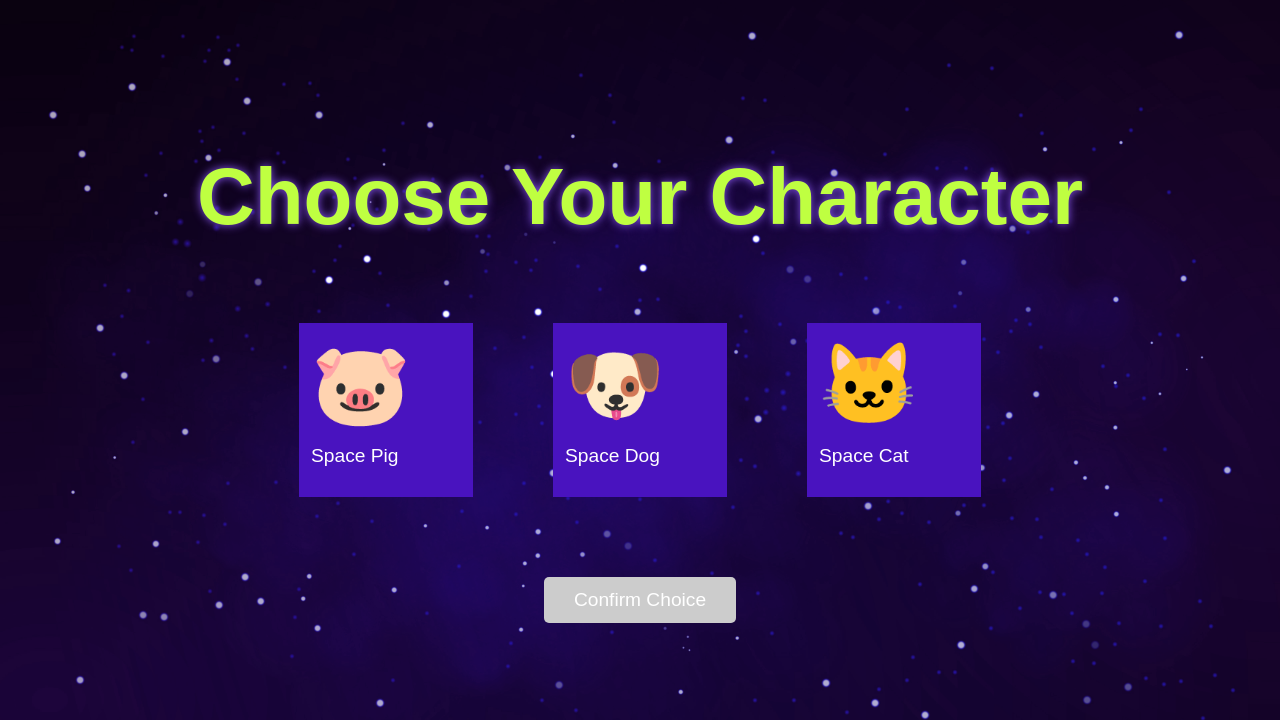
Repository: brunaguarizo/SpaceFarm
Page: index.html
The author's editor kept a copy of each file at every save. The page is drawn from the files as they stood at one save, then again after the next save.
The browser window is 1280 px wide. The pictures show the whole page.
Some web fonts or font styles are not loaded; a fallback is used.

Above is the page before, as saved 2025-04-24 11:18:33.

### index.html
<!DOCTYPE html>
<html lang="en">
    <head>
        <meta charset="UTF-8" />
        <meta
            name="viewport"
            content="width=device-width, initial-scale=1.0" />
        <title>Space Animals Game</title>
        <link
            rel="stylesheet"
            href="styles.css" />

        <link
            rel="preconnect"
            href="https://fonts.googleapis.com" />
        <link
            rel="preconnect"
            href="https://fonts.gstatic.com"
            crossorigin />
        <link
            href="https://fonts.googleapis.com/css2?family=Ranchers&display=swap"
            rel="stylesheet" />
    </head>
    <body>
        <div id="game-container">
            <!-- Character Selection Screen -->
            <div id="character-select">
                <h1>Choose Your Character</h1>
                <div class="character-options">
                    <div
                        class="character-option"
                        data-character="pig">
                        <div class="character-icon">🐷</div>
                        <div class="character-label">Space Pig</div>
                    </div>
                    <div
                        class="character-option"
                        data-character="dog">
                        <div class="character-icon">🐶</div>
                        <div class="character-label">Space Dog</div>
                    </div>
                    <div
                        class="character-option"
                        data-character="cat">
                        <div class="character-icon">🐱</div>
                        <div class="character-label">Space Cat</div>
                    </div>
                </div>
                <button
                    id="confirm-btn"
                    disabled>
                    Confirm Choice
                </button>
            </div>

            <!-- Game Screen -->
            <div id="game-screen">
                <div id="player"></div>
                <div id="score-container">
                    <div id="score">Score: 0</div>
                    <button id="pause-btn">Pause</button>
                </div>
            </div>

            <!-- Pause Screen -->
            <div id="pause-screen">
                <h2>Game Paused</h2>
                <button id="resume-btn">Resume</button>
            </div>

            <!-- Game Over Screen -->
            <div id="game-over">
                <h2>Game Over</h2>
                <div id="final-score">Score: 0</div>
                <button id="restart-btn">Play Again</button>
            </div>
        </div>

        <script src="script.js"></script>
    </body>
</html>

### styles.css
body {
    margin: 0;
    padding: 0;
    overflow: hidden;
    font-family: var(--font-family);
    background-color: var(--mid-green);
}

#game-container {
    position: relative;
    width: 100vw;
    height: 100vh;
    background-image: url("img/space-bg.jpg");
    background-size: cover;
    overflow: hidden;
}

/* Character Selection Screen */
#character-select {
    position: absolute;
    width: 100%;
    height: 100%;
    display: flex;
    flex-direction: column;
    justify-content: center;
    align-items: center;
    z-index: 10;
}

#character-select h1 {
    color: var(--light-green);
    font-size: var(--header);
    margin-bottom: var(--space-extra-large);
    text-shadow: 0 0 10px var(--mid-purple);
}

.character-options {
    display: flex;
    gap: var(--space-extra-large);
    margin-bottom: var(--space-extra-large);
}

.character-option {
    width: 150px;
    height: 150px;
    background-color: var(--dark-purple);
    border-radius: var(--space-small)
    display: flex;
    flex-direction: column;
    align-items: center;
    justify-content: center;
    cursor: pointer;
    transition: transform 0.3s, box-shadow 0.3s;
    padding: 10px;
    border: 2px solid transparent;
}

.character-option:hover {
    transform: scale(1.05);
    box-shadow: 0 0 15px rgba(255, 255, 255, 0.5);
}

.character-option.selected {
    border-color: #ff9900;
    box-shadow: 0 0 20px #ff9900;
}

.character-icon {
    width: 100px;
    height: 100px;
    font-size: 80px;
    display: flex;
    justify-content: center;
    align-items: center;
}

.character-label {
    color: white;
    font-size: 1.2rem;
    margin-top: 10px;
}

#confirm-btn {
    padding: 12px 30px;
    background-color: #4caf50;
    color: white;
    border: none;
    border-radius: 5px;
    font-size: 1.2rem;
    cursor: pointer;
    transition: background-color 0.3s;
}

#confirm-btn:hover {
    background-color: #45a049;
}

#confirm-btn:disabled {
    background-color: #cccccc;
    cursor: not-allowed;
}

/* Game Screen */
#game-screen {
    display: none;
    position: absolute;
    width: 100%;
    height: 100%;
}

#player {
    position: absolute;
    width: 60px;
    height: 60px;
    left: 100px;
    top: 50%;
    transform: translateY(-50%);
    font-size: 50px;
    line-height: 1;
    z-index: 5;
}

.asteroid {
    position: absolute;
    font-size: 30px;
    color: #aaa;
}

#score-container {
    position: absolute;
    top: 20px;
    right: 20px;
    display: flex;
    align-items: center;
    gap: 20px;
    z-index: 5;
}

#score {
    color: white;
    font-size: 24px;
    font-weight: bold;
    background-color: rgba(0, 0, 0, 0.5);
    padding: 10px 20px;
    border-radius: 10px;
}

#pause-btn {
    background-color: rgba(0, 0, 0, 0.5);
    color: white;
    border: none;
    border-radius: 5px;
    font-size: 18px;
    padding: 10px 15px;
    cursor: pointer;
    transition: background-color 0.3s;
}

#pause-btn:hover {
    background-color: rgba(0, 0, 0, 0.7);
}

/* Game Over Screen */
#game-over {
    display: none;
    position: absolute;
    top: 0;
    left: 0;
    width: 100%;
    height: 100%;
    background-color: rgba(0, 0, 0, 0.8);
    z-index: 15;
    flex-direction: column;
    justify-content: center;
    align-items: center;
}

#game-over h2 {
    color: #ff3333;
    font-size: 3.5rem;
    margin-bottom: 1rem;
    text-shadow: 0 0 10px rgba(255, 0, 0, 0.5);
}

#final-score {
    color: white;
    font-size: 2rem;
    margin-bottom: 2rem;
}

#restart-btn {
    padding: 12px 30px;
    background-color: #3366ff;
    color: white;
    border: none;
    border-radius: 5px;
    font-size: 1.2rem;
    cursor: pointer;
    transition: background-color 0.3s;
}

#restart-btn:hover {
    background-color: #2952cc;
}

/* Utility Classes */
.invisible {
    opacity: 0;
}

/* Pause Screen */
#pause-screen {
    display: none;
    position: absolute;
    top: 0;
    left: 0;
    width: 100%;
    height: 100%;
    background-color: rgba(0, 0, 0, 0.7);
    z-index: 12;
    flex-direction: column;
    justify-content: center;
    align-items: center;
    color: white;
}

#pause-screen h2 {
    font-size: 3rem;
    margin-bottom: 2rem;
}

#resume-btn {
    padding: 12px 30px;
    background-color: #4caf50;
    color: white;
    border: none;
    border-radius: 5px;
    font-size: 1.2rem;
    cursor: pointer;
    transition: background-color 0.3s;
}

#resume-btn:hover {
    background-color: #45a049;
}

/* --------------------------- variables  --------------------------- */
:root {
    --font-family: "Ranchers", sans-serif;
    --header: 80px;
    --text: 16px;

    --light-green: #bfff41;
    --mid-green: #a3de1a;
    --dark-green: #46b800;
    --light-pink: #ffc2ec;
    --mid-pink: #f0429c;
    --dark-pink: #910b64;
    --light-purple: #dcccff;
    --mid-purple: #8655ef;
    --dark-purple: #4913bf;

    --space-extra-small: 4px;
    --space-small: 8px;
    --space-regukar: 16px;
    --space-medium: 32px;
    --space-large: 48px;
    --space-extra-large: 80px;
}

### script.js
// Game variables
let selectedCharacter = "";
let score = 0;
let playerElement;
let gameRunning = false;
let isPaused = false;
let playerY;
let asteroids = [];
let gameLoopInterval;
let asteroidInterval;
let gameHeight;
let gameWidth;

// Character emoji mapping
const characterEmojis = {
    pig: "🐷",
    dog: "🐶",
    cat: "🐱",
};

// Asteroid options
const asteroidOptions = ["🌑", "☄️", "🪨", "💫"];

// DOM elements
const characterOptions = document.querySelectorAll(".character-option");
const confirmBtn = document.getElementById("confirm-btn");
const characterSelectScreen = document.getElementById("character-select");
const gameScreen = document.getElementById("game-screen");
const pauseBtn = document.getElementById("pause-btn");
const pauseScreen = document.getElementById("pause-screen");
const resumeBtn = document.getElementById("resume-btn");
const gameOverScreen = document.getElementById("game-over");
const finalScoreDisplay = document.getElementById("final-score");
const restartBtn = document.getElementById("restart-btn");
const scoreDisplay = document.getElementById("score");

// Initialize the game
function init() {
    // Character selection event listeners
    characterOptions.forEach((option) => {
        option.addEventListener("click", () => {
            // Remove selected class from all options
            characterOptions.forEach((opt) => opt.classList.remove("selected"));
            // Add selected class to clicked option
            option.classList.add("selected");
            // Store selected character
            selectedCharacter = option.dataset.character;
            // Enable confirm button
            confirmBtn.disabled = false;
        });
    });

    // Confirm button event listener
    confirmBtn.addEventListener("click", startGame);

    // Pause button event listener
    pauseBtn.addEventListener("click", togglePause);

    // Resume button event listener
    resumeBtn.addEventListener("click", togglePause);

    // Restart button event listener
    restartBtn.addEventListener("click", restartGame);

    // Keyboard event listeners
    document.addEventListener("keydown", handleKeyPress);
}

// Start the game
function startGame() {
    // Hide character selection screen
    characterSelectScreen.style.display = "none";
    // Show game screen
    gameScreen.style.display = "block";

    // Set up player
    playerElement = document.getElementById("player");
    playerElement.innerHTML = characterEmojis[selectedCharacter];

    // Initialize variables
    gameHeight = window.innerHeight;
    gameWidth = window.innerWidth;
    score = 0;
    updateScore();
    playerY = gameHeight / 2;
    gameRunning = true;
    isPaused = false;
    asteroids = [];

    // Position player
    updatePlayerPosition();

    // Start game loop
    gameLoopInterval = setInterval(gameLoop, 16); // ~60fps

    // Start spawning asteroids
    spawnAsteroid(); // Spawn first asteroid immediately
    asteroidInterval = setInterval(spawnAsteroid, 1500); // Then every 1.5 seconds
}

// Game loop
function gameLoop() {
    if (!gameRunning || isPaused) return;

    // Move asteroids
    moveAsteroids();

    // Check collisions
    checkCollisions();
}

// Handle keyboard input
function handleKeyPress(e) {
    if (!gameRunning || isPaused) return;

    const moveDistance = 20;

    if (e.key === "ArrowUp" || e.key === "w") {
        // Move up
        playerY = Math.max(50, playerY - moveDistance);
        updatePlayerPosition();
    } else if (e.key === "ArrowDown" || e.key === "s") {
        // Move down
        playerY = Math.min(gameHeight - 50, playerY + moveDistance);
        updatePlayerPosition();
    }
}

// Update player position on screen
function updatePlayerPosition() {
    playerElement.style.top = `${playerY}px`;
}

// Spawn a new asteroid
function spawnAsteroid() {
    if (!gameRunning || isPaused) return;

    // Create asteroid element
    const asteroid = document.createElement("div");
    asteroid.classList.add("asteroid");

    // Set random asteroid type
    const asteroidType =
        asteroidOptions[Math.floor(Math.random() * asteroidOptions.length)];
    asteroid.innerHTML = asteroidType;

    // Set random position (y-axis)
    const asteroidY = Math.random() * (gameHeight - 100) + 50;

    // Set asteroid properties
    asteroid.style.left = `${gameWidth}px`;
    asteroid.style.top = `${asteroidY}px`;

    // Add to game screen
    gameScreen.appendChild(asteroid);

    // Add to asteroids array
    asteroids.push({
        element: asteroid,
        x: gameWidth,
        y: asteroidY,
        speed: Math.random() * 3 + 5, // Random speed between 5-8
        passed: false,
    });
}

// Move all asteroids
function moveAsteroids() {
    for (let i = asteroids.length - 1; i >= 0; i--) {
        const asteroid = asteroids[i];

        // Move asteroid
        asteroid.x -= asteroid.speed;
        asteroid.element.style.left = `${asteroid.x}px`;

        // Check if asteroid passed the player
        if (!asteroid.passed && asteroid.x < 100) {
            asteroid.passed = true;
            score += 10;
            updateScore();
        }

        // Remove asteroid if it's off-screen
        if (asteroid.x < -50) {
            gameScreen.removeChild(asteroid.element);
            asteroids.splice(i, 1);
        }
    }
}

// Check for collisions
function checkCollisions() {
    const playerRect = {
        x: 100,
        y: playerY - 30,
        width: 60,
        height: 60,
    };

    for (const asteroid of asteroids) {
        const asteroidRect = {
            x: asteroid.x,
            y: asteroid.y - 15,
            width: 30,
            height: 30,
        };

        // Check if player and asteroid rectangles intersect
        if (
            playerRect.x < asteroidRect.x + asteroidRect.width &&
            playerRect.x + playerRect.width > asteroidRect.x &&
            playerRect.y < asteroidRect.y + asteroidRect.height &&
            playerRect.y + playerRect.height > asteroidRect.y
        ) {
            // Collision detected
            gameOver();
            return;
        }
    }
}

// Update score display
function updateScore() {
    scoreDisplay.textContent = `Score: ${score}`;
}

// Toggle pause state
function togglePause() {
    isPaused = !isPaused;

    if (isPaused) {
        pauseScreen.style.display = "flex";
    } else {
        pauseScreen.style.display = "none";
    }
}

// Game over
function gameOver() {
    gameRunning = false;

    // Clear intervals
    clearInterval(gameLoopInterval);
    clearInterval(asteroidInterval);

    // Update final score
    finalScoreDisplay.textContent = `Score: ${score}`;

    // Show game over screen
    gameOverScreen.style.display = "flex";
}

// Restart game
function restartGame() {
    // Clear asteroids
    asteroids.forEach((asteroid) => {
        if (asteroid.element.parentNode) {
            asteroid.element.parentNode.removeChild(asteroid.element);
        }
    });

    // Hide game over screen
    gameOverScreen.style.display = "none";

    // Go back to character selection
    gameScreen.style.display = "none";
    characterSelectScreen.style.display = "flex";

    // Reset character selection
    characterOptions.forEach((opt) => opt.classList.remove("selected"));
    confirmBtn.disabled = true;
    selectedCharacter = "";
}

// Initialize the game when the page loads
window.addEventListener("load", init);

After the next save:
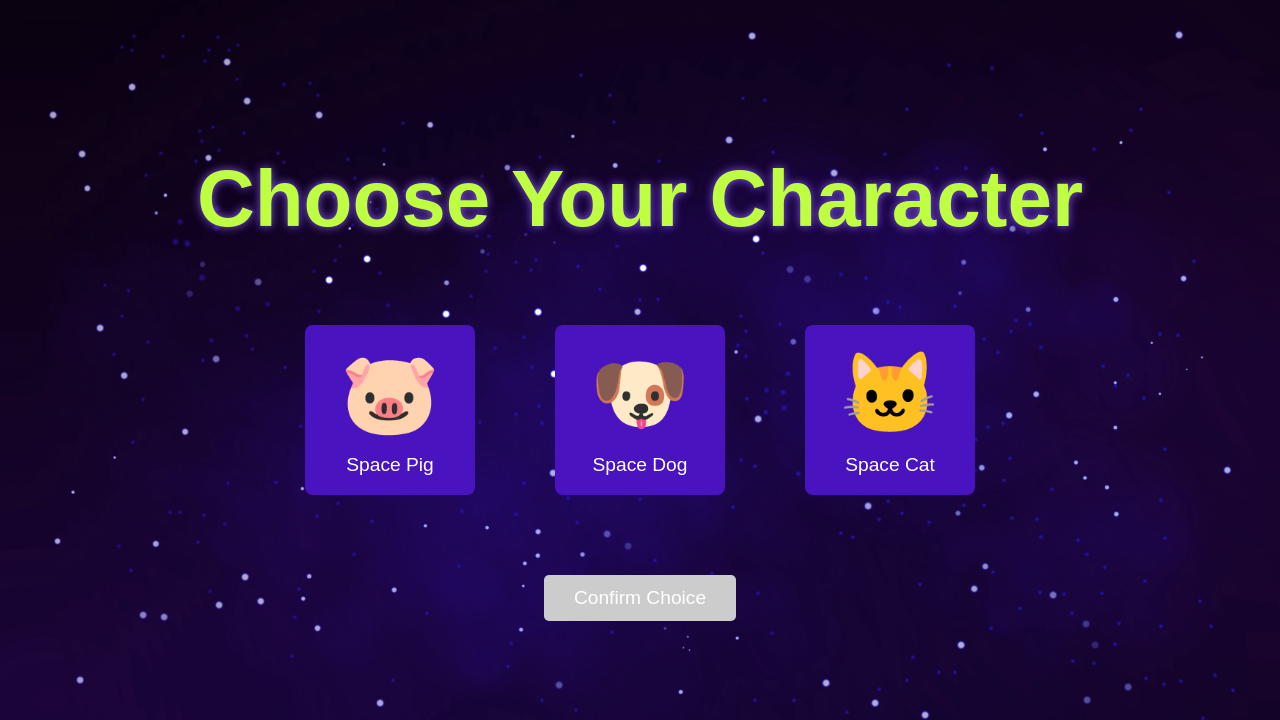
Saved 30 s later.
--- a/styles.css
+++ b/styles.css
@@ -44,14 +44,14 @@ body {
     width: 150px;
     height: 150px;
     background-color: var(--dark-purple);
-    border-radius: var(--space-small)
+    border-radius: var(--space-small);
     display: flex;
     flex-direction: column;
     align-items: center;
     justify-content: center;
     cursor: pointer;
     transition: transform 0.3s, box-shadow 0.3s;
-    padding: 10px;
+    padding: var(--space-small);
     border: 2px solid transparent;
 }
 
@@ -262,7 +262,7 @@ body {
 
     --space-extra-small: 4px;
     --space-small: 8px;
-    --space-regukar: 16px;
+    --space-regular: 16px;
     --space-medium: 32px;
     --space-large: 48px;
     --space-extra-large: 80px;
